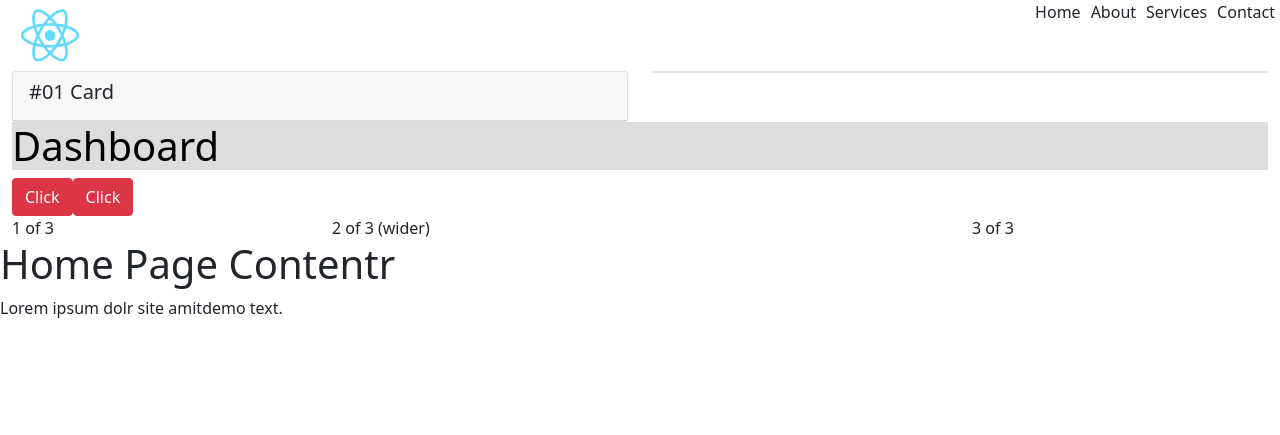
Repository: rudra319/react
Page: /
These files come from the project's save history. The page is drawn as it stood at one moment and after the next save; the edit follows.
The browser window is 1280 px wide. The pictures show the whole page.
The project was rebuilt for these pictures with package versions that can differ from the ones it lists, and the page was loaded fresh each time. Also part of the build but not shown: src/App.css.

Above is the page before, as saved 2022-05-17 17:12:35.

After the next save:
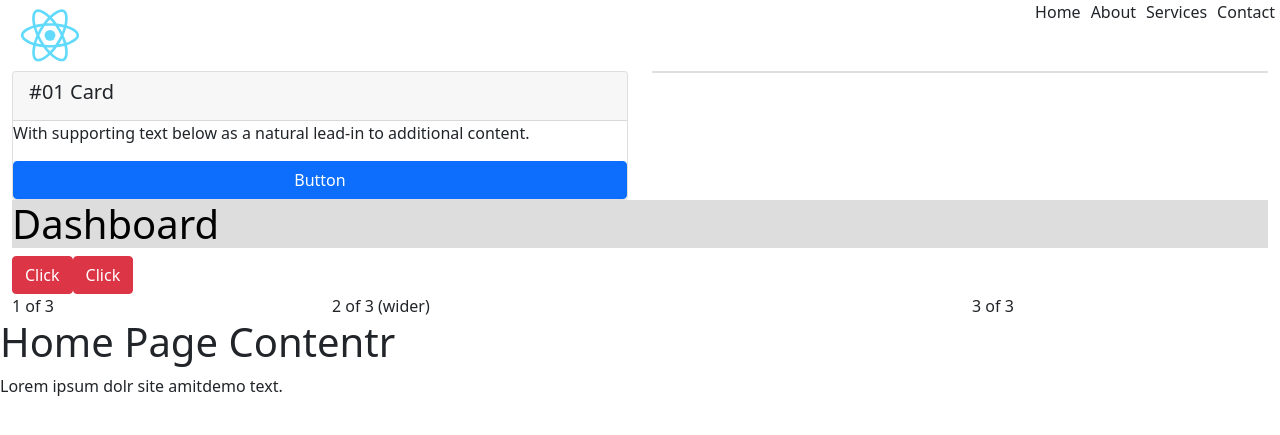
Saved 52 s later.
--- a/src/pages/dashboard/Chinmayee.jsx
+++ b/src/pages/dashboard/Chinmayee.jsx
@@ -19,9 +19,8 @@
                         <CardHeader>
                         <h5 class="card-title">#01 Card</h5>
                         </CardHeader>
-                        <CardGroup>
-
-                        </CardGroup>
+                            <p class="card-text">With supporting text below as a natural lead-in to additional content.</p>
+                            <a href="#" class="btn btn-primary">Button</a>
                     </Card>
                 </Col>
 
